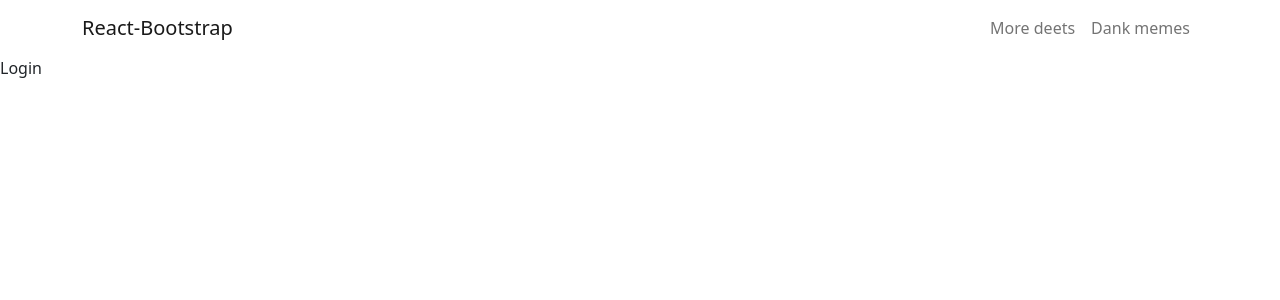
Repository: RubaHusam/MERN-Auth
Page: /login (app in frontend/)
The author's editor kept a copy of each file at every save. The page is drawn from the files as they stood at one save, then again after the next save.
The browser window is 1280 px wide. The pictures show the whole page.
The project was rebuilt for these pictures with package versions that can differ from the ones it lists, and the page was loaded fresh each time.

Above is the page before, as saved 2023-01-27 18:04:14.

### frontend/src/index.js
import React from 'react';
import ReactDOM from 'react-dom/client';
import './index.css';
import App from './App';

import 'bootstrap/dist/css/bootstrap.min.css';

const root = ReactDOM.createRoot(document.getElementById('root'));
root.render(
  <React.StrictMode>
    <App />
  </React.StrictMode>
);

### frontend/src/App.js
import React from 'react';
import { BrowserRouter as Router, Route, Routes } from 'react-router-dom';

import Header from './components/Layout/Header';

function App() {
  return (
    <>
      <Router>
        <Header />
        <Routes>
          <Route path='/' element={<div>Home</div>}></Route>
          <Route path='/register' element={<div>Register</div>}></Route>
          <Route path='/login' element={<div>Login</div>}></Route>
          <Route path='/customer' element={<div>Customer</div>}></Route>
        </Routes>
      </Router>
    </>
  );
}

export default App;

### frontend/src/components/Layout/Header.js
import React from 'react';
import { Nav, Navbar, Container } from 'react-bootstrap';

export default function Header() {
  return (
    <>
      <Navbar collapseOnSelect expand='lg'>
        <Container>
          <Navbar.Brand href='#home'>React-Bootstrap</Navbar.Brand>
          <Navbar.Toggle aria-controls='responsive-navbar-nav' />
          <Navbar.Collapse id='responsive-navbar-nav'>
            <Nav
              style={{
                display: 'flex',
                justifyContent: 'right',
                width: '100%',
              }}>
              <Nav.Link to='/'>More deets</Nav.Link>
              <Nav.Link eventKey={2} href='#memes'>
                Dank memes
              </Nav.Link>
            </Nav>
          </Navbar.Collapse>
        </Container>
      </Navbar>
    </>
  );
}

Loaded but not shown: frontend/public/index.html (common file); frontend/src/index.css (common file)

After the next save:
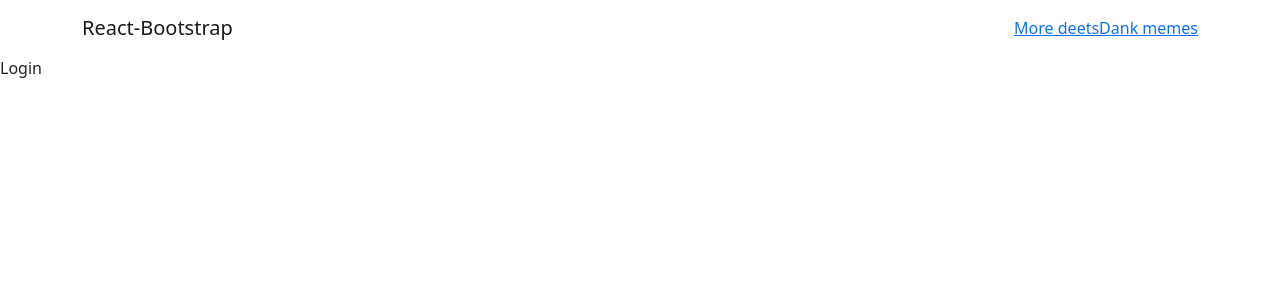
Saved 39 s later.
--- a/frontend/src/components/Layout/Header.js
+++ b/frontend/src/components/Layout/Header.js
@@ -1,5 +1,6 @@
 import React from 'react';
 import { Nav, Navbar, Container } from 'react-bootstrap';
+import { Link } from 'react-router-dom';
 
 export default function Header() {
   return (
@@ -15,10 +16,10 @@ export default function Header() {
                 justifyContent: 'right',
                 width: '100%',
               }}>
-              <Nav.Link to='/'>More deets</Nav.Link>
-              <Nav.Link eventKey={2} href='#memes'>
+              <Link to='/'>More deets</Link>
+              <Link eventKey={2} href='#memes'>
                 Dank memes
-              </Nav.Link>
+              </Link>
             </Nav>
           </Navbar.Collapse>
         </Container>
